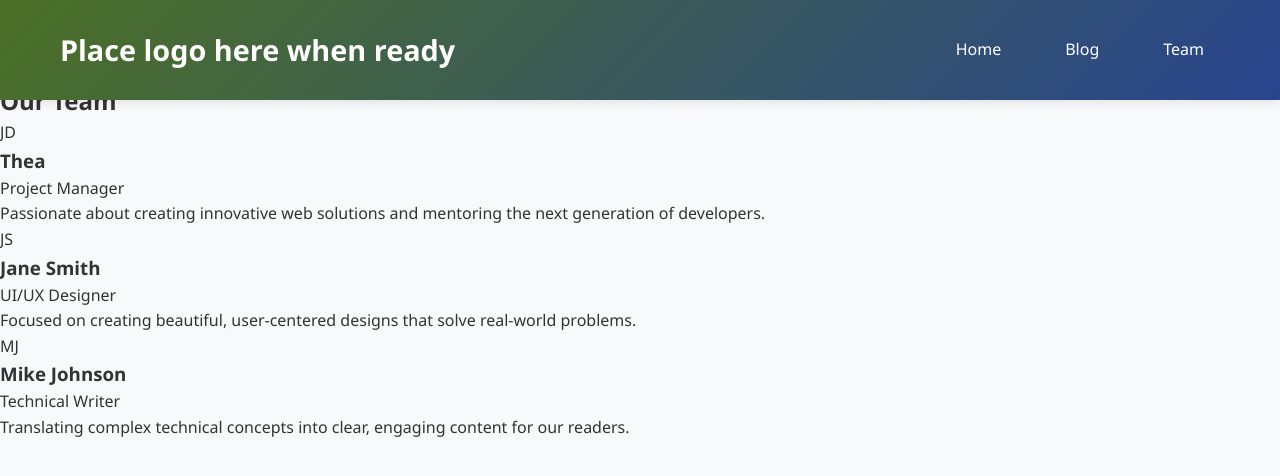
Repository: Bcit-sandy/TandemBlog
Page: /about
The author's editor kept a copy of each file at every save. The page is drawn from the files as they stood at one save, then again after the next save.
The browser window is 1280 px wide. The pictures show the whole page.
The project was rebuilt for these pictures with package versions that can differ from the ones it lists, and the page was loaded fresh each time. Also part of the build but not shown: vite.config.js, src/pages/Home.css, src/pages/Blog.css, src/pages/Blog.jsx, src/pages/Home.jsx, src/pages/BlogPost.css, src/pages/BlogPost.jsx, src/pages/About.css. Imported but missing from the stored project, and not drawn on this page: src/public/Team.

Above is the page before, as saved 2025-10-13 16:36:45.

After the next save:
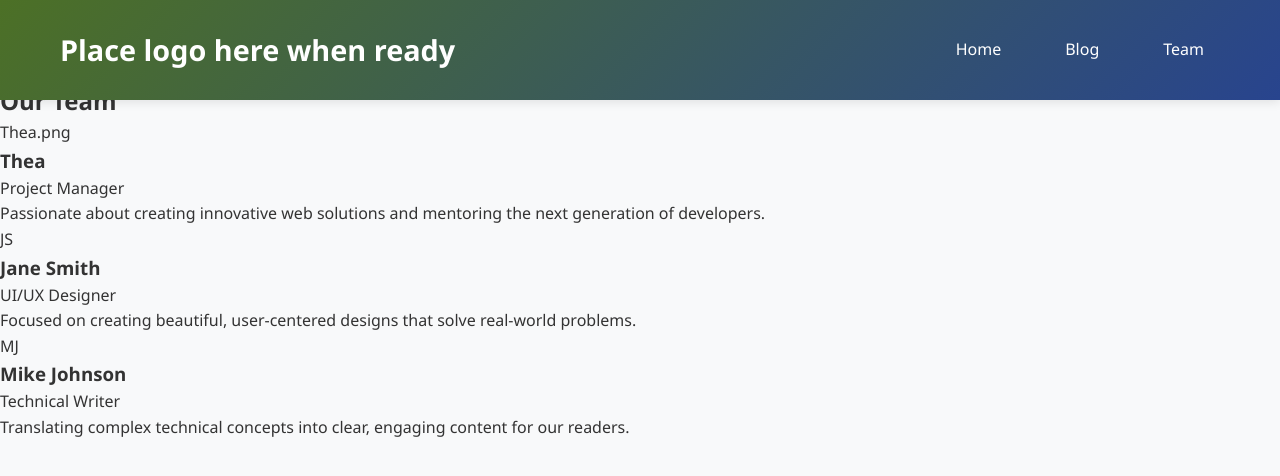
Saved 21 s later.
--- a/src/data/team.json
+++ b/src/data/team.json
@@ -3,7 +3,7 @@
     "id": 1,
     "name": "Thea",
     "role": "Project Manager",
-    "initials": "JD",
+    "initials": "Thea.png",
     "bio": "Passionate about creating innovative web solutions and mentoring the next generation of developers.",
     "avatar": "JD"
   },
